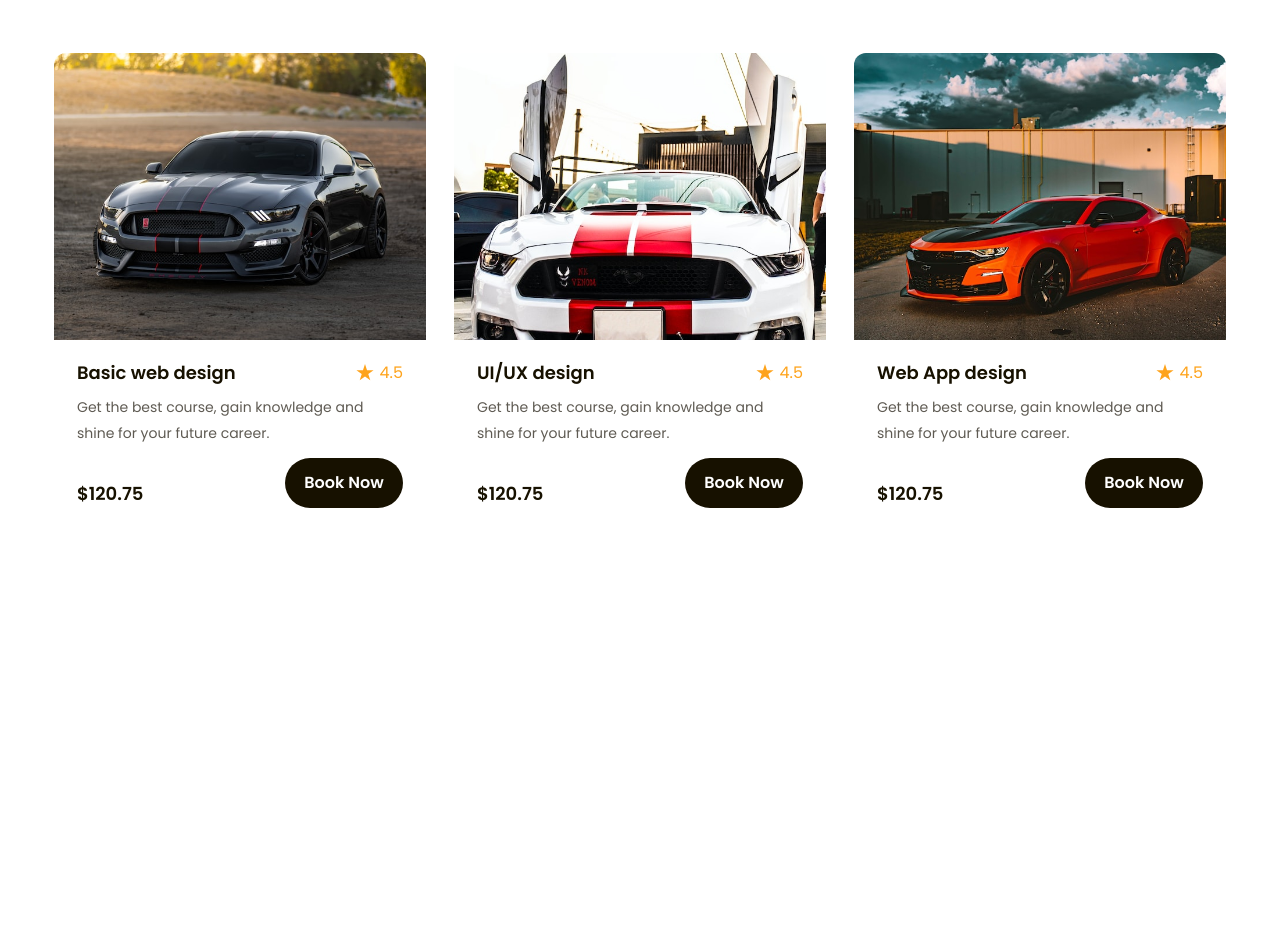
Repository: dongnguyen2112/htmlcss-project-02
Page: index.html
These files come from the project's save history. The page is drawn as it stood at one moment and after the next save; the edit follows.
The browser window is 1280 px wide. The pictures show the part of the page from y = 1225 to 2177 px (the page is 5000 px tall).
A picture or video elsewhere on the page could not be fetched, so the positions and the page height are approximate.

Above is the page before, as saved 2023-07-06 13:36:50.

After the next save:
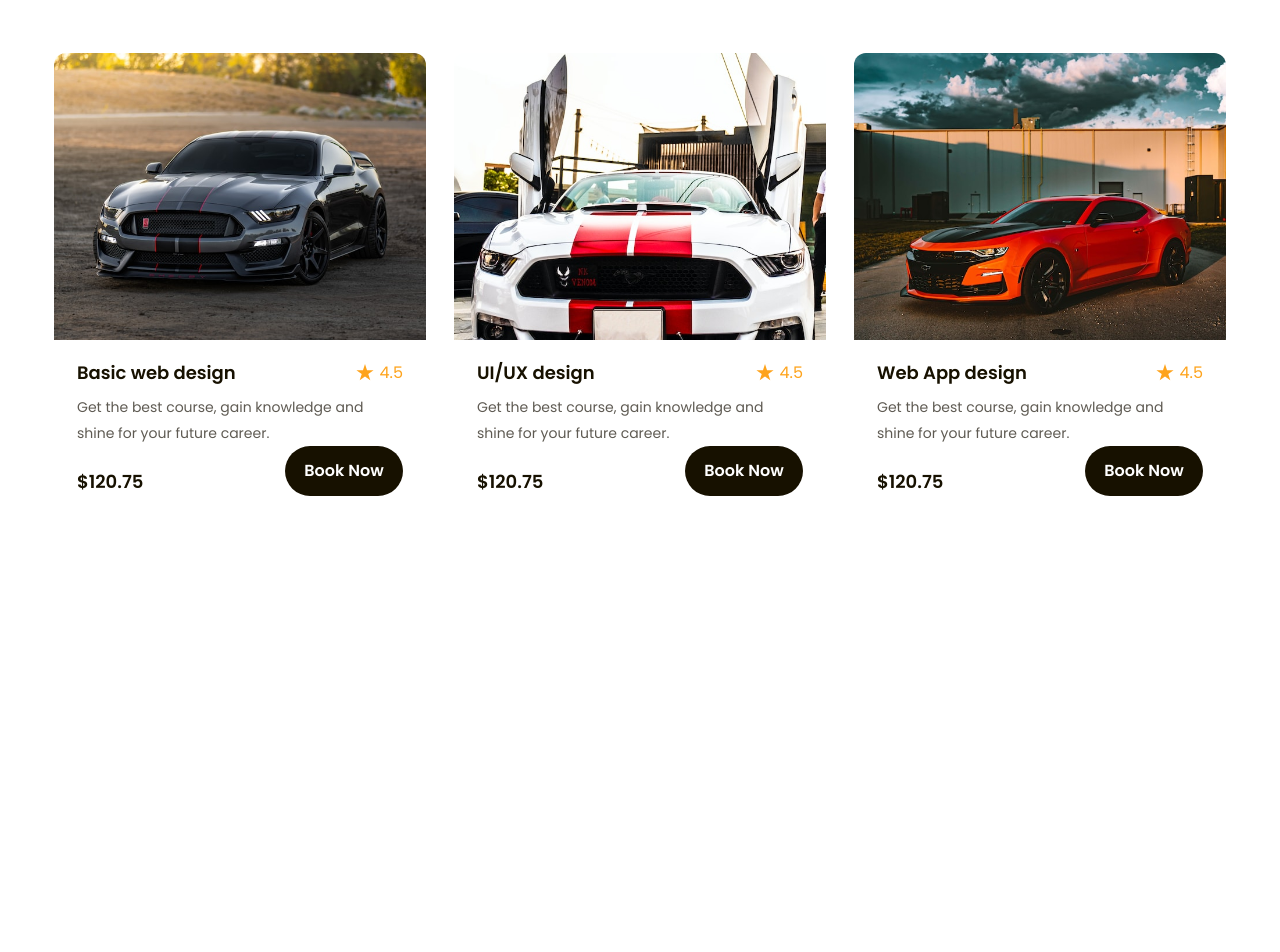
Saved 4 s later.
--- a/assets/css/styles.css
+++ b/assets/css/styles.css
@@ -286,8 +286,5 @@
     margin-top: 22px;
 }
 .popular .course-item .foot {
-    display: flex;
-    /* align-items: center; */
-    justify-content: space-between;
-    margin-top: 12px;
-}
+
+}

After the 2 saves that followed:
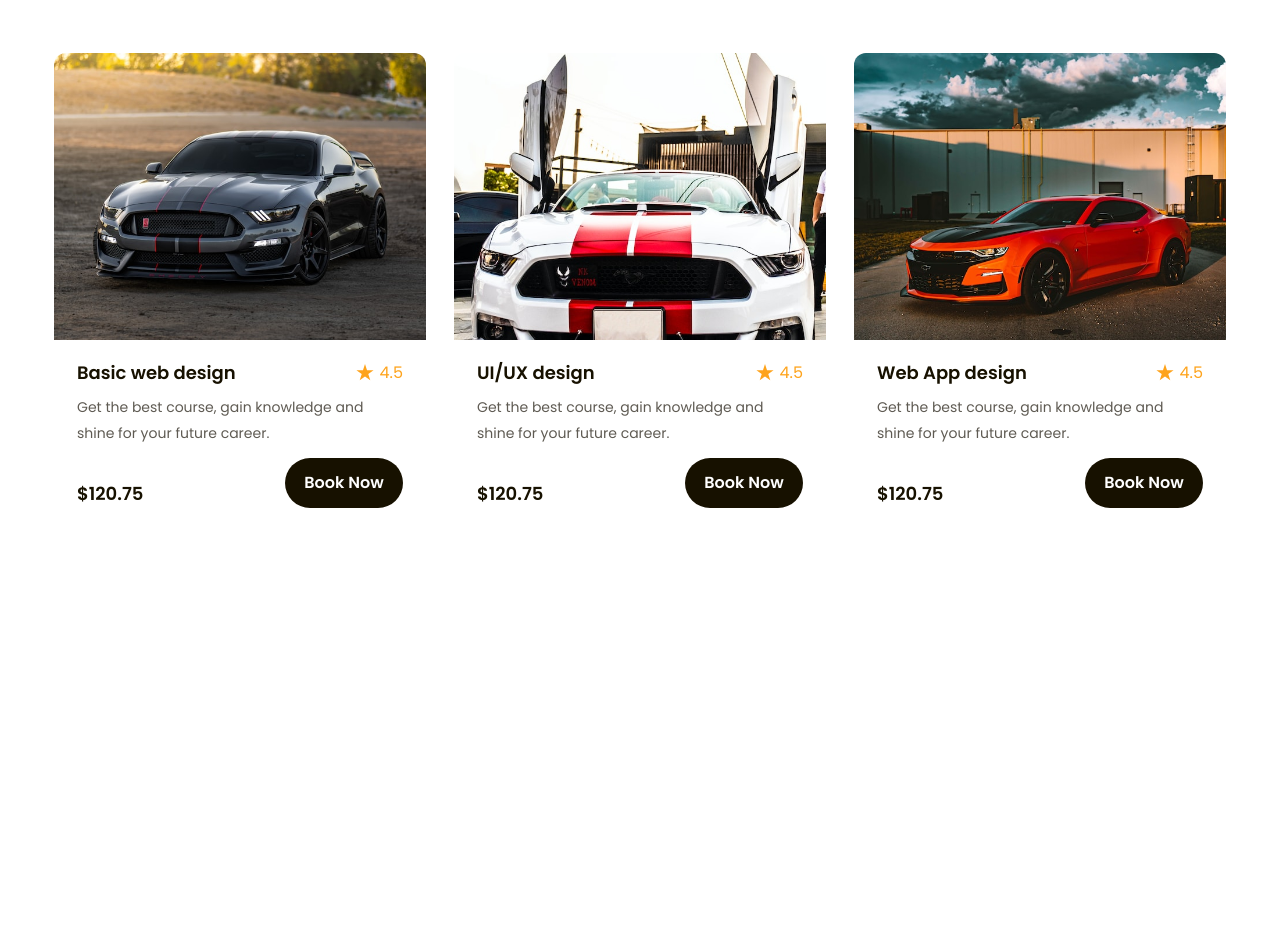
The 2 saves are shown as one change because they came seconds apart.
The last was saved 42 s later.
--- a/assets/css/styles.css
+++ b/assets/css/styles.css
@@ -286,5 +286,5 @@
     margin-top: 22px;
 }
 .popular .course-item .foot {
-
-}
+   margin-top: 12px;
+}
